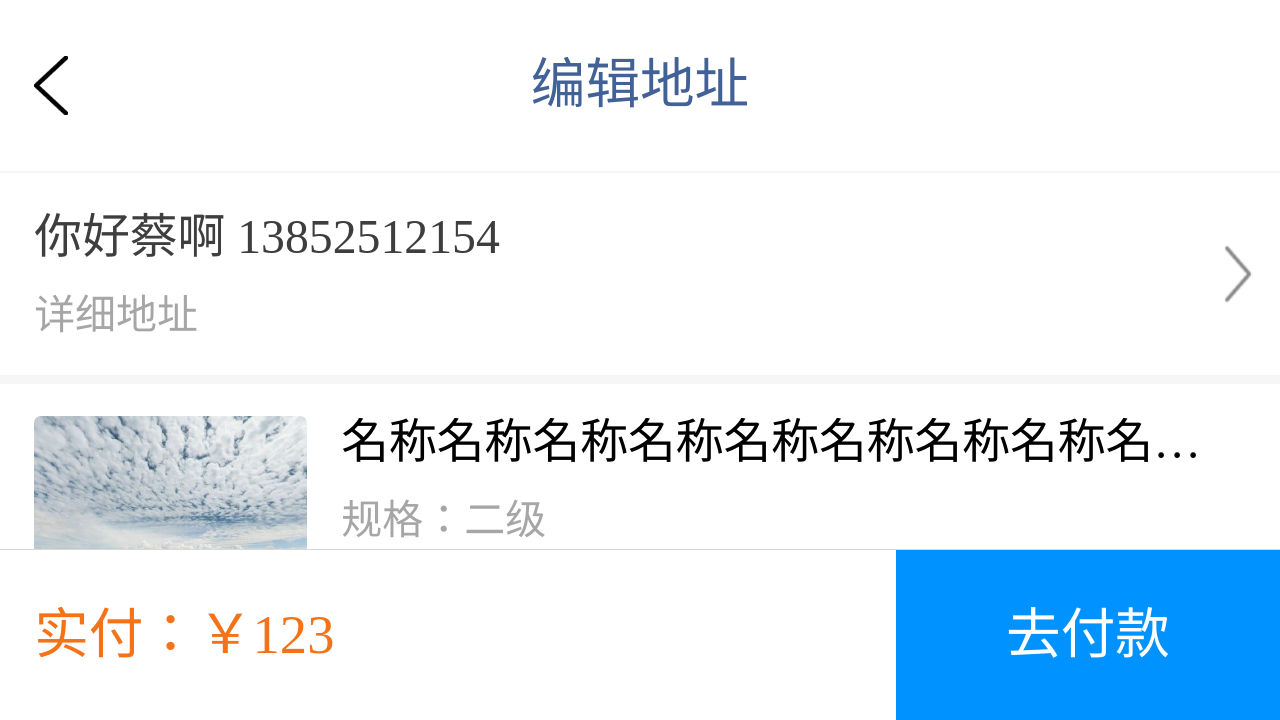
Repository: 421538074/sell
Page: consumer/add-or-edit-address.html
An editor plug-in stored every save of this project. The page is shown before and after the next save, followed by the edit.
The browser window is 1280 px wide. The pictures show the whole page.
An inner scrolling area shows only its first screen.

Above is the page before, as saved 2019-06-03 15:58:06.

### consumer/add-or-edit-address.html
<!DOCTYPE html>
<html lang="en">

<head>
    <meta charset="UTF-8">
    <meta name="viewport" content="width=device-width, initial-scale=1.0">
    <meta http-equiv="X-UA-Compatible" content="ie=edge">
    <title>地址管理</title>
    <link rel="stylesheet" href="../css/base.css">
    <link rel="stylesheet" href="css/common.css">
    <link rel="stylesheet" href="css/confirm-order.css">
</head>

<body>
    <div id="app" class="content">
        <nav class="nav-bar-wrapper">
            <img @click="back" src="../img/back.png" class="back-icon">
            <p class="nav-bar-title">编辑地址</p>
        </nav>
        <div v-if="!noAddress" class="order-user-info">
            <p class="user-contact">
                你好蔡啊 13852512154
            </p>
            <p class="address-detail">
                详细地址
            </p>
        </div>
        <div v-else class="no-address-wrapper">
            <img src="../img/address.png" class="address-icon">
            <p class="add-address-title">添加您的收货地址</p>
        </div>
        <ul class="order-goods-list-wrapper">
            <li v-for="n in 13" class="order-item">
                <img src="../img/1.jpg" class="goods-icon">
                <div class="goods-detail">
                    <p class="goods-title ellipsis">名称名称名称名称名称名称名称名称名称名称名称名称名称名称名称名称</p>
                    <p class="goods-category">规格：二级</p>
                    <p class="goods-price-num">
                        <span class="price">￥123</span>
                        <span class="post">包邮</span>
                        <span class="num">× 1</span>
                    </p>
                </div>
            </li>
        </ul>
        <div class="post-comments-refund">
            <p class="post">快递：免邮</p>
            <textarea class="comments" placeholder="留言（选填）："></textarea>
            <p class="refund">
                退款方式：微信退款（15天内可退货退款）
            </p>
        </div>
        <div class="go-pay-operation">
                <p class="show-pay-money">
                    实付：￥123
                </p>
                <a href="javascript:;" class="go-pay-btn">去付款</a>
            </div>
    </div>
    <script src="../js/api.js"></script>
    <script src="../js/jquery.min.js"></script>
    <script src="../js/vue.js"></script>
    <script src="js/vue-mixin.js"></script>
    <script src="js/confirm-order.js"></script>
</body>

</html>

### css/base.css
/* http://meyerweb.com/eric/tools/css/reset/
   v2.0 | 20110126
   License: none (public domain)
*/

html,
body,
div,
span,
applet,
object,
iframe,
h1,
h2,
h3,
h4,
h5,
h6,
p,
blockquote,
pre,
a,
abbr,
acronym,
address,
big,
cite,
code,
del,
dfn,
em,
img,
ins,
kbd,
q,
s,
samp,
small,
strike,
strong,
sub,
sup,
tt,
var,
b,
u,
i,
center,
dl,
dt,
dd,
ol,
ul,
li,
fieldset,
form,
label,
legend,
table,
caption,
tbody,
tfoot,
thead,
tr,
th,
td,
article,
aside,
canvas,
details,
embed,
figure,
figcaption,
footer,
header,
hgroup,
menu,
nav,
output,
ruby,
section,
summary,
time,
mark,
audio,
video {
    margin: 0;
    padding: 0;
    border: 0;
    font-size: 100%;
    font: inherit;
    vertical-align: baseline;
}

/* HTML5 display-role reset for older browsers */
article,
aside,
details,
figcaption,
figure,
footer,
header,
hgroup,
menu,
nav,
section {
    display: block;
}

body {
    line-height: 1;
}

ol,
ul {
    list-style: none;
}

blockquote,
q {
    quotes: none;
}

blockquote:before,
blockquote:after,
q:before,
q:after {
    content: '';
    content: none;
}

table {
    border-collapse: collapse;
    border-spacing: 0;
}


body,
html {
    font-size: calc(100vw / 37.5) !important;
    font-family: PingFangSC-Medium;
    background: #F2F2F2;
}


[v-cloak] {
    display: none;
}


hr {
    margin: 0;
    padding: 0;
}

.clearfix {
    zoom: 1;
}

.clearfix:after {
    content: ".";
    display: block;
    visibility: hidden;
    height: 0;
    clear: both;
}

[v-cloak] {
    display: none;
}

### consumer/css/common.css
*{
    box-sizing: border-box;
}
html,body{
    background: #f6f6f6;
}
html,body,div.content{
    height: 100%;
}
/*底部菜单栏*/
nav.tool-bar-wrapper {
    height: 5rem;
    background: #ffffff;
    display: flex;
    align-items: center;
    justify-content: space-around;
}
a.nav-item {
    color: #888888;
    text-decoration: none;
    font-size: 1.5rem;
    display: flex;
    flex-direction: column;
    align-items: center;
    justify-content: space-around;
    height: 90%;
}
a.nav-item.active{
    color: #0093FF;
}
img.nav-item-icon{
    width: 1.5rem;
    height: 1.5rem;
}
.ellipsis{
    overflow: hidden;
    white-space: nowrap;
    text-overflow: ellipsis;
}
/*顶部返回栏 */
nav.nav-bar-wrapper {
    background: #FFFFFF;
    height: 5rem;
    display: flex;
    align-items: center;
    justify-content: space-around;
    position: fixed;
    width: 100%;
    top: 0;
    z-index: 2;
    font-size: 1.6rem;
    color: #426196;
}
img.back-icon {
    position: absolute;
    width: 1rem;
    left: 1rem;
}

### consumer/css/confirm-order.css
div.content{
    padding:5rem 0;
    overflow: scroll;
}
.order-user-info {
    height: 6rem;
    background: #FFFFFF;
    border-top: 2px solid #f6f6f6;
    padding: 1rem;
    display: flex;
    justify-content: center;
    flex-direction: column;
    background-image: url(../../img/arrow-right.png);
    background-repeat: no-repeat;
    background-position: 98% center;
    background-size: 1rem;
}
p.user-contact {
    color: #3E3E3E;
    font-size: 1.4rem;
}
p.user-contact,p.address-detail {
    margin: 0.5rem 0;
}
p.address-detail {
    color: #A6A6A6;
    font-size: 1.2rem;
}
ul.order-goods-list-wrapper {
    margin-top: 0.1rem;
    background: #FFFFFF;
    border-top: 5px solid #f6f6f6;
}
img.goods-icon {
    width: 8rem;
    height: 8rem;
    border-radius: 0.2rem;
}
li.order-item {
    height: 10rem;
    display: flex;
    align-items: center;
    padding: 1rem;
    border-bottom: 5px solid #f6f6f6;
}
.goods-detail {
    height: 100%;
    flex: 1;
    width: calc(100% - 8rem);
    padding-left: 1rem;
    position: relative;
}
p.goods-title {
    color: #000000;
    font-size: 1.4rem;
    margin-bottom: 1rem;
}
p.goods-category {
    color: #A6A6A6;
    font-size: 1.2rem;
    margin-bottom: 1rem;
}
p.goods-price-num {
    position: absolute;
    bottom: 0;
    left: 1rem;
    width: calc(100% - 1rem);
}
span.price {
    color: #5A6F93;
    font-size: 1.6rem;
}
span.post {
    color: #A6A6A6;
    font-size: 1.2rem;
    margin-left: 1rem;
}
span.num {
    position: absolute;
    color: #A6A6A6;
    font-size: 1.2rem;
    bottom: 0;
    right: 0;
}
.go-pay-operation {
    border-top: 1px solid #D8D8D8;
    position: fixed;
    bottom: 0;
    width: 100%;
    height: 5rem;
    display: flex;
    align-items: center;
    justify-content: space-between;
    background: #ffffff;
    font-size: 1.6rem;
}
p.show-pay-money {
    color: #F47319;
}
p.show-pay-money {
    color: #F47319;
    padding-left: 1rem;
    flex: 1;
    height: 100%;
    line-height: 5rem;
}
a.go-pay-btn {
    text-decoration: none;
    height: 100%;
    line-height: 5rem;
    width: 30%;
    text-align: center;
    background: #0093FF;
    color: #FFFFFF;
}
.post-comments-refund {
    background: #FFFFFF;
}
p.post {
    color: #3E3E3E;
    font-size: 1.4rem;
    padding: 1rem;
    border-bottom: 1px solid #f6f6f6;
}
textarea.comments {
    width: 100%;
    height: 8rem;
    border: none;
    resize: none;
    padding: 1rem;
    font-size: 1.4rem;
    color: #3E3E3E;
}
textarea.comments::-webkit-input-placeholder {
    color: #A6A6A6;
}
p.refund {
    color: #3E3E3E;
    padding: 1rem;
    font-size: 1.4rem;
    border-top: 1px solid #f6f6f6;
}
.no-address-wrapper {
    background: #FFFFFF;
    border-top: 2px solid #f6f6f6;
    display: flex;
    align-items: center;
    justify-content: center;
    flex-direction: column;
}
img.address-icon {
    width: 3rem;
    height: auto;
    margin-top: 1rem;
}
p.add-address-title {
    color: #0093FF;
    font-size: 1.4rem;
    margin: 1rem;
}

### js/api.js
function getUrlKey(name) {
    return decodeURIComponent((new RegExp('[?|&]' + name + '=' + '([^&;]+?)(&|#|;|$)').exec(location.href) || [, ""])[1].replace(/\+/g, '%20')) || null;
}


// window.warn = {
//     alert: function alert(msg) {
//         var template = `
// `
//         $('body').append(template);
//         $('.alert-body').animate({
//             top: "40px"
//         }, 200);
//         // setTimeout(function () {
//         //     warn.close();
//         // }, 1500);
//     },
//     close: function close() {
//         $('.alert-body').animate({
//             top: "-280px"
//         }, 200);
//         setTimeout(function () {
//             $('#alert-msg').remove();
//         }, 200);
//     }
// };

### consumer/js/vue-mixin.js
Vue.mixin({
    methods: {
        /**
         * 返回
         */
        back() {
            history.go(-1);
        },
        /**
         * 限制长度
         * @param {String} 要限制长度的字段
         * @param {Number} 长度
         */
        limitLength(key, length) {
            this[key] = this[key].substring(0, length);
        },
        /**
         * 验证11位手机号
         * @param {Number} phone
         */
        validatePhone(phone) {
            const phoneReg = /^[1-9][0-9]{9}[0-9]$/;
            return phoneReg.test(phone);
        },
        /**
         * 发送手机验证码
         * @param {Number} waitTimeKey 等待时间键名
         * @param {String} tipsKey 发送验证码显示的信息的键名
         * @param {String} phoneKey 手机号键名
         * @param {String} reSendMsg  按钮默认显示的文字
         */
        sendCode(waitTimeKey, tipsKey, phoneKey, defaultMsg) {
            if (!this.validatePhone(this[phoneKey])) {
                alert('无效手机号!');
                return;
            }
            if (this[waitTimeKey] == 60) {
                $.post('', {
                        phone: this[phoneKey]
                    }, (res) => {
                        if (res.status == 1) {
                            const interval = setInterval(() => {
                                if (this[waitTimeKey] == 1) {
                                    this[waitTimeKey] = 60;
                                    this[tipsKey] = defaultMsg;
                                    clearInterval(interval);
                                    return;
                                }
                                this[waitTimeKey] -= 1;
                                this[tipsKey] = `${this[waitTimeKey]}s`;
                            }, 1000);
                        } else {
                            alert('发送失败!');
                        }
                    }, 'json')
                    .fail(err => {
                        alert('服务器异常!');
                    });
            }
        },
        /**
         * 链接跳转
         * @param {String} url
         */
        linkTo(url) {
            window.location.href = url;
        }
    },
    filters: {

    }
})

### consumer/js/confirm-order.js
new Vue({
    el:'#app',
    data() {
        return {
            noAddress:false
        }
    },
});

Loaded but not shown: js/jquery.min.js (library); js/vue.js (library)

After the next save:
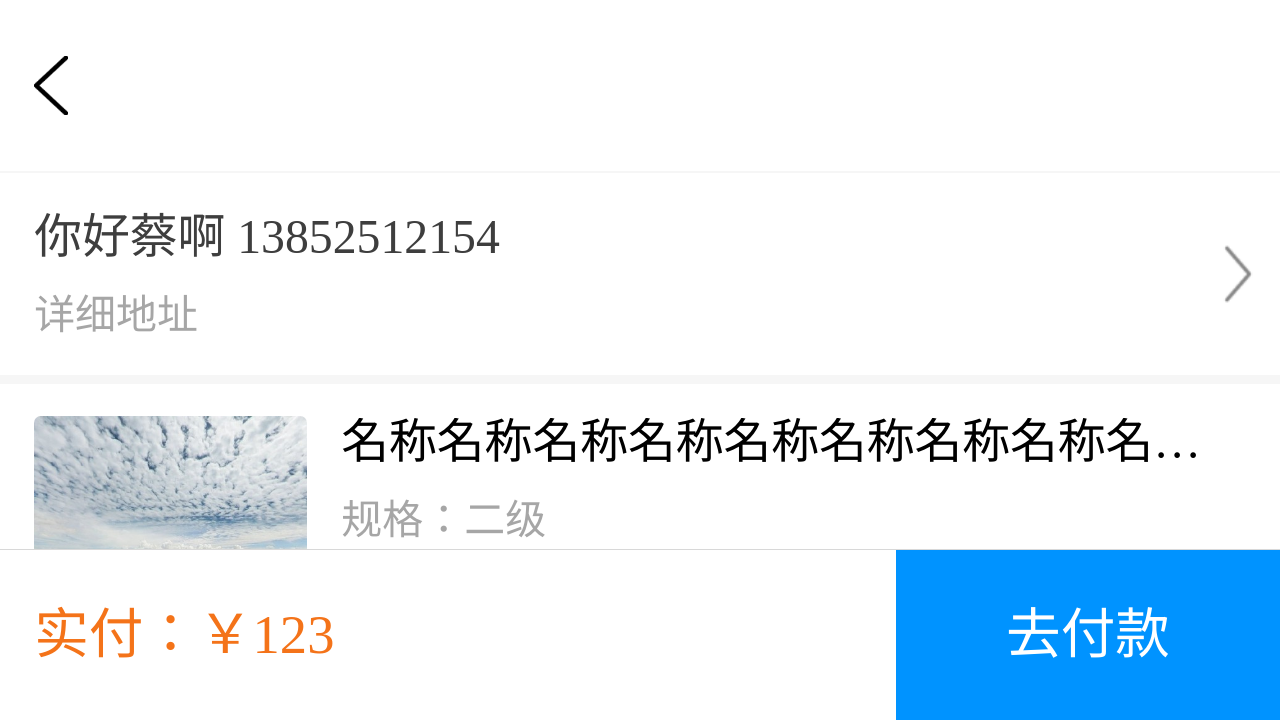
Saved 9 s later.
--- a/consumer/add-or-edit-address.html
+++ b/consumer/add-or-edit-address.html
@@ -15,7 +15,7 @@
     <div id="app" class="content">
         <nav class="nav-bar-wrapper">
             <img @click="back" src="../img/back.png" class="back-icon">
-            <p class="nav-bar-title">编辑地址</p>
+            <p class="nav-bar-title">{{title}}</p>
         </nav>
         <div v-if="!noAddress" class="order-user-info">
             <p class="user-contact">
